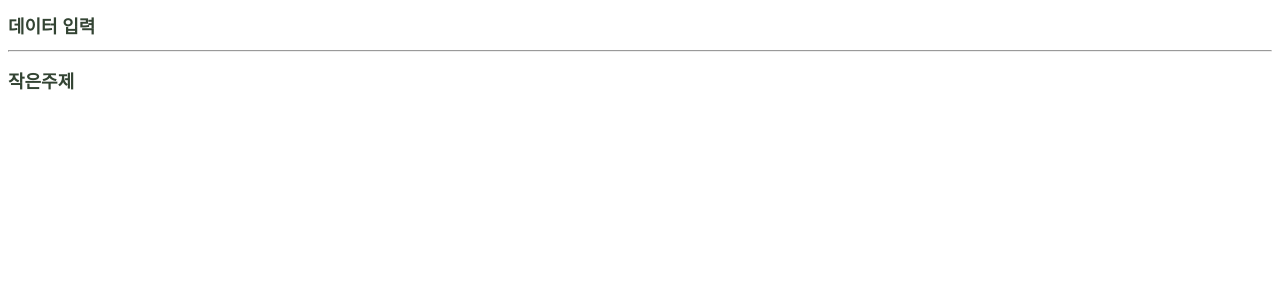
Repository: hyyrim/WebStudy
Page: http://localhost/WebApp18/Friend.jsp
The author's editor kept a copy of each file at every save. The page is drawn from the files as they stood at one save, then again after the next save.
The browser window is 1280 px wide. The pictures show the whole page.
The page is served by Tomcat 9.

Above is the page before, as saved 2021-05-20 06:38:50.

After the next save:
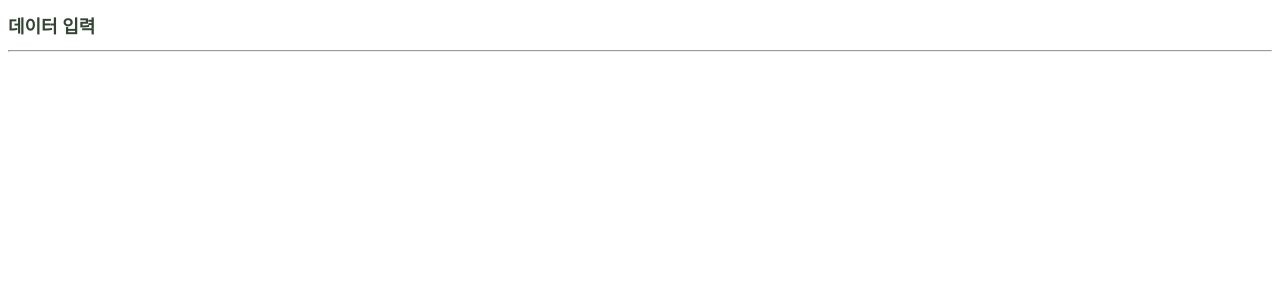
Saved 13 s later.
--- a/WebApp18/WebContent/Friend.jsp
+++ b/WebApp18/WebContent/Friend.jsp
@@ -15,8 +15,7 @@
 </div>
 
 <div>
-	<h2>작은주제</h2>
-	<form>
+	<form action="Friend_ok.jsp">
 	</form>
 </div>
 
